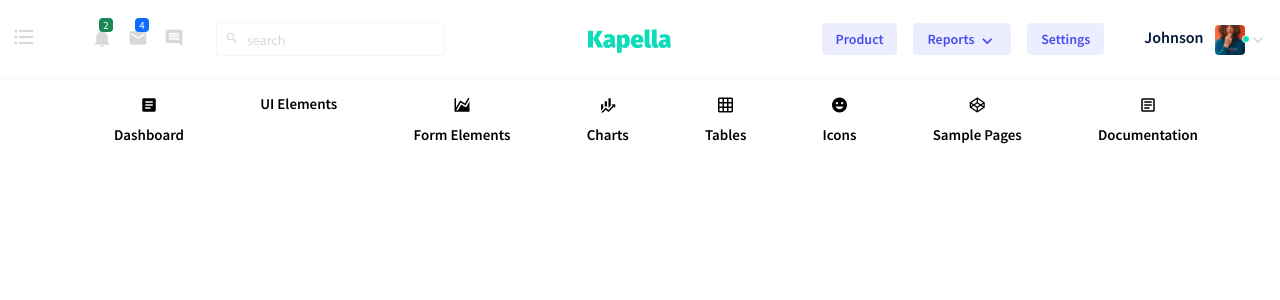
Repository: dimitri0004/Bien
Page: templates/base.html.twig
An editor plug-in stored every save of this project. The page is shown before and after the next save, followed by the edit.
The browser window is 1280 px wide. The pictures show the whole page.
The page is a Twig template of a Symfony application; nobody is signed in and links lead nowhere. The template is opened directly, without the code that normally fills it, so the values that code supplies are empty.

Above is the page before, as saved 2023-04-03 12:01:23.
Console error: TypeError: Cannot read properties of null (reading 'addEventListener')

After the next save:
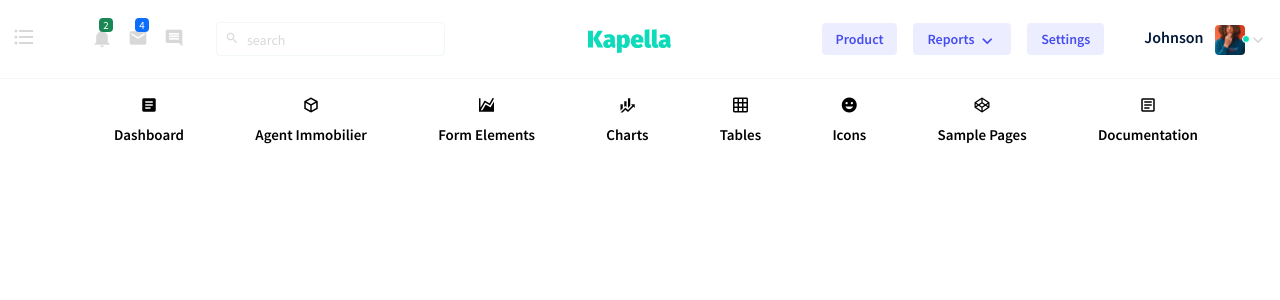
Saved 36 s later.
--- a/templates/_partiels/nav.html.twig
+++ b/templates/_partiels/nav.html.twig
@@ -183,8 +183,8 @@
   </li>
   <li class="nav-item">
       <a href="#" class="nav-link">
-
-        <span class="menu-title">UI Elements</span>
+        <i class="mdi mdi-cube-outline menu-icon"></i>
+        <span class="menu-title">Agent Immobilier</span>
         <i class="menu-arrow"></i>
       </a>
       <div class="submenu">
